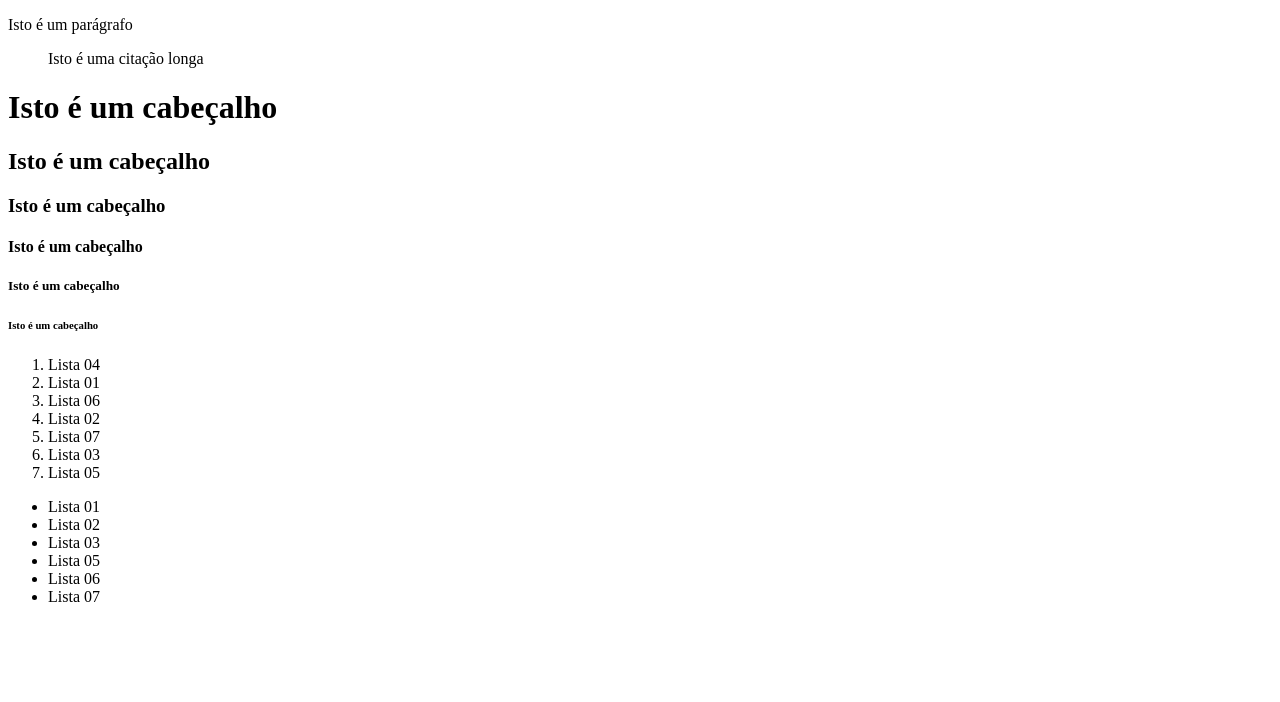
Repository: robsonwssantos/Projeto_Olaria
Page: aula02/index.html
An editor plug-in stored every save of this project. The page is shown before and after the next save, followed by the edit.
The browser window is 1280 px wide. The pictures show the whole page.

Above is the page before, as saved 2023-04-11 20:42:58.

### aula02/index.html
<!DOCTYPE html>
<html lang="pt-BR">
<head>
    <meta charset="UTF-8">
    <meta http-equiv="X-UA-Compatible" content="IE=edge">
    <meta name="viewport" content="width=device-width, initial-scale=1.0">
    <title>Título da Página</title>
</head>
<body>
    <p>Isto é um parágrafo</p>
    <blockquote>Isto é uma citação longa</blockquote>
    <h1>Isto é um cabeçalho</h1>
    <h2>Isto é um cabeçalho</h2>
    <h3>Isto é um cabeçalho</h3>
    <h4>Isto é um cabeçalho</h4>
    <h5>Isto é um cabeçalho</h5>
    <h6>Isto é um cabeçalho</h6>

    <ol>
        <li>Lista 04</li>
        <li>Lista 01</li>
        <li>Lista 06</li>
        <li>Lista 02</li>
        <li>Lista 07</li>
        <li>Lista 03</li>
        <li>Lista 05</li>
    </ol>
    <ul>
        <li>Lista 01</li>
        <li>Lista 02</li>
        <li>Lista 03</li>
        <li>Lista 05</li>
        <li>Lista 06</li>
        <li>Lista 07</li>
    </ul>
</body>
</html>

After the next save:
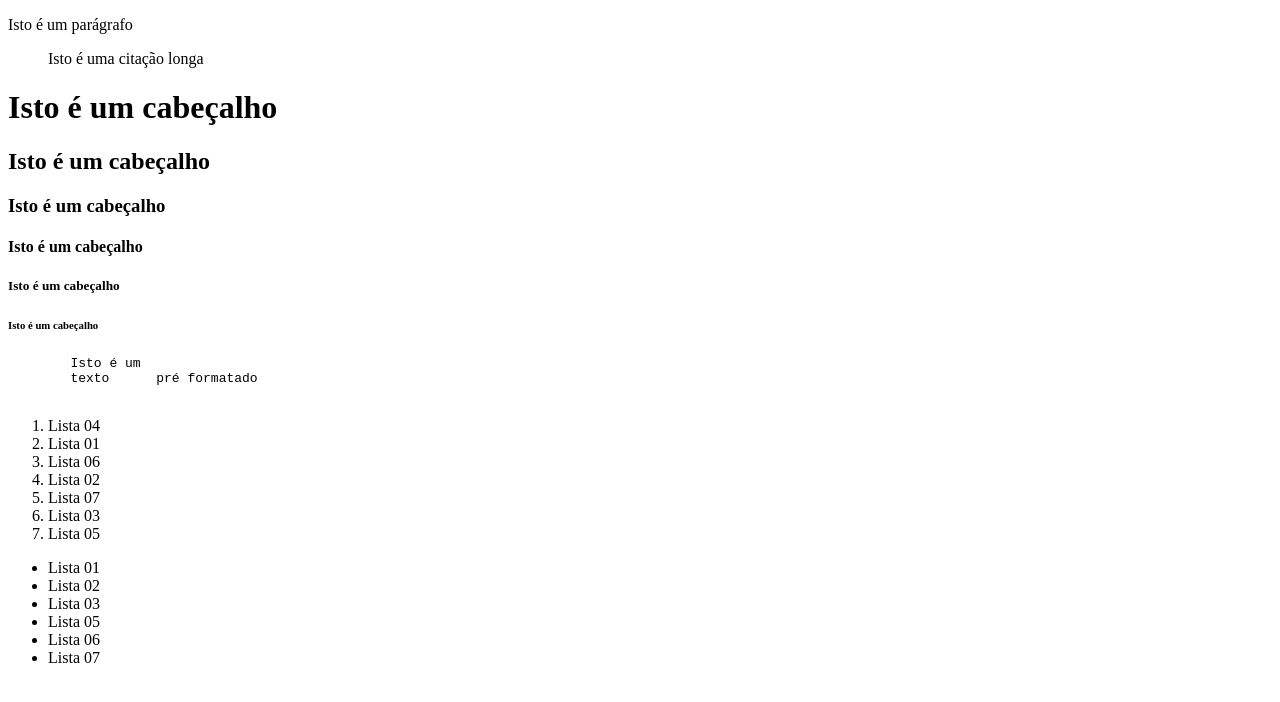
Saved 29 min 10 s later.
--- a/aula02/index.html
+++ b/aula02/index.html
@@ -16,10 +16,15 @@
     <h5>Isto é um cabeçalho</h5>
     <h6>Isto é um cabeçalho</h6>
 
+    <pre>
+        Isto é um
+        texto      pré formatado
+    </pre>
+
     <ol>
         <li>Lista 04</li>
         <li>Lista 01</li>
-        <li>Lista 06</li>
+            <li>Lista 06</li>
         <li>Lista 02</li>
         <li>Lista 07</li>
         <li>Lista 03</li>
